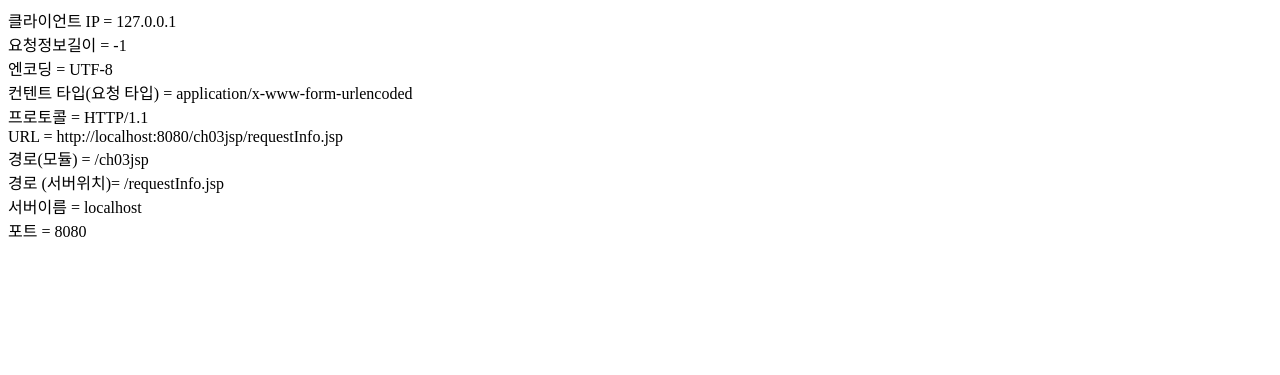
Repository: xo461/test
Page: http://localhost/ch03jsp/requestInfo.jsp
An editor plug-in stored every save of this project. The page is shown before and after the next save, followed by the edit.
The browser window is 1280 px wide. The pictures show the whole page.
The page is served by Tomcat 9.

Above is the page before, as saved 2019-11-13 01:56:29.

After the next save:
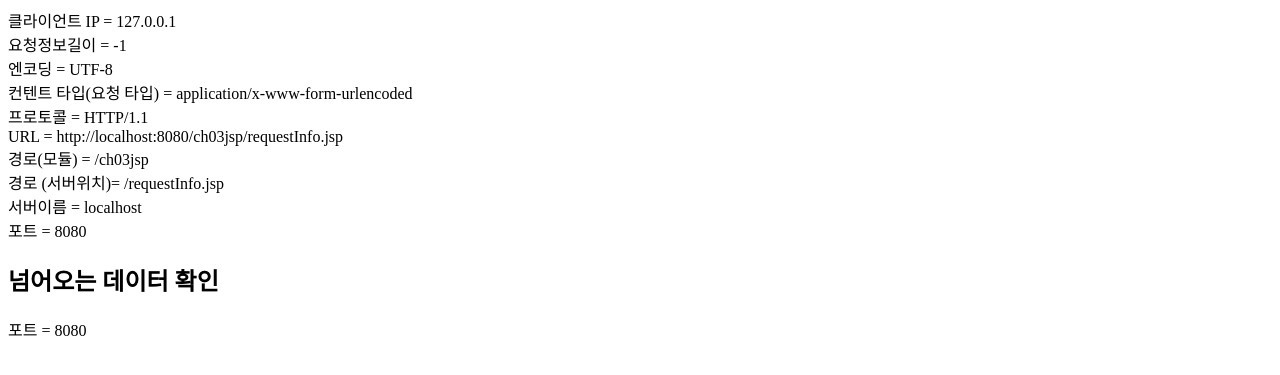
Saved 15 min 59 s later.
--- a/jsp/ch03jsp/WebContent/requestInfo.jsp
+++ b/jsp/ch03jsp/WebContent/requestInfo.jsp
@@ -21,5 +21,8 @@ URL = <%= request.getRequestURL() %><br/>
 경로 (서버위치)= <%= request.getServletPath() %><br/>
 서버이름 = <%= request.getServerName() %><br/>
 포트 = <%= request.getServerPort() %><br/>
+<h2> 넘어오는 데이터 확인 </h2>
+포트 = <%= request.getServerPort() %><br/>
+
 </body>
 </html>
